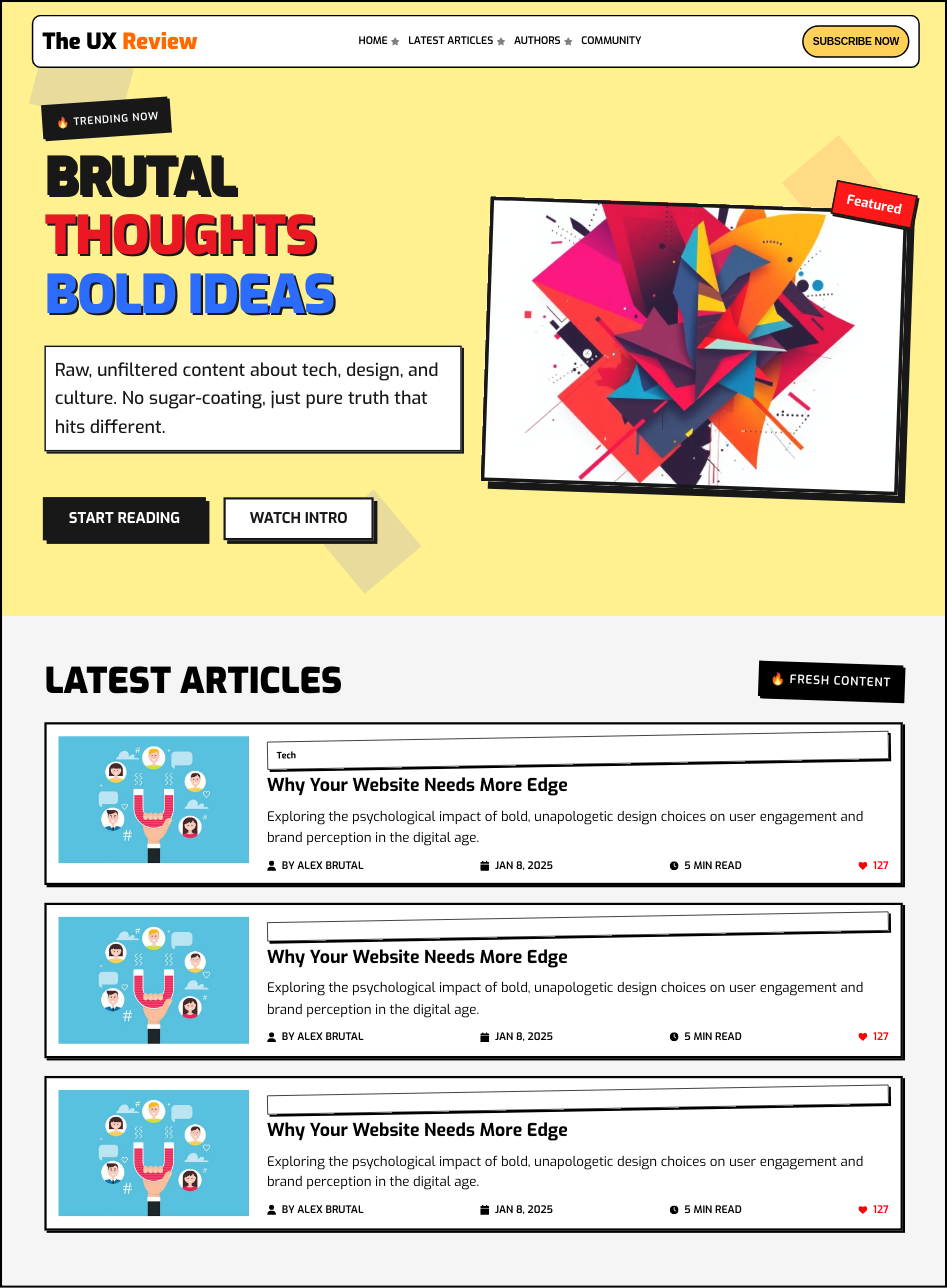
Repository: abdobadawi-ops/Route-Academy-Assignments
Page: Fourth Assignment - the-ux-review-blog/test.html
An editor plug-in stored every save of this project. The page is shown before and after the next save, followed by the edit.
The browser window is 1280 px wide. The pictures show the whole page, at 74% of full size.

Above is the page before, as saved 2026-05-13 02:04:29.

After the next save:
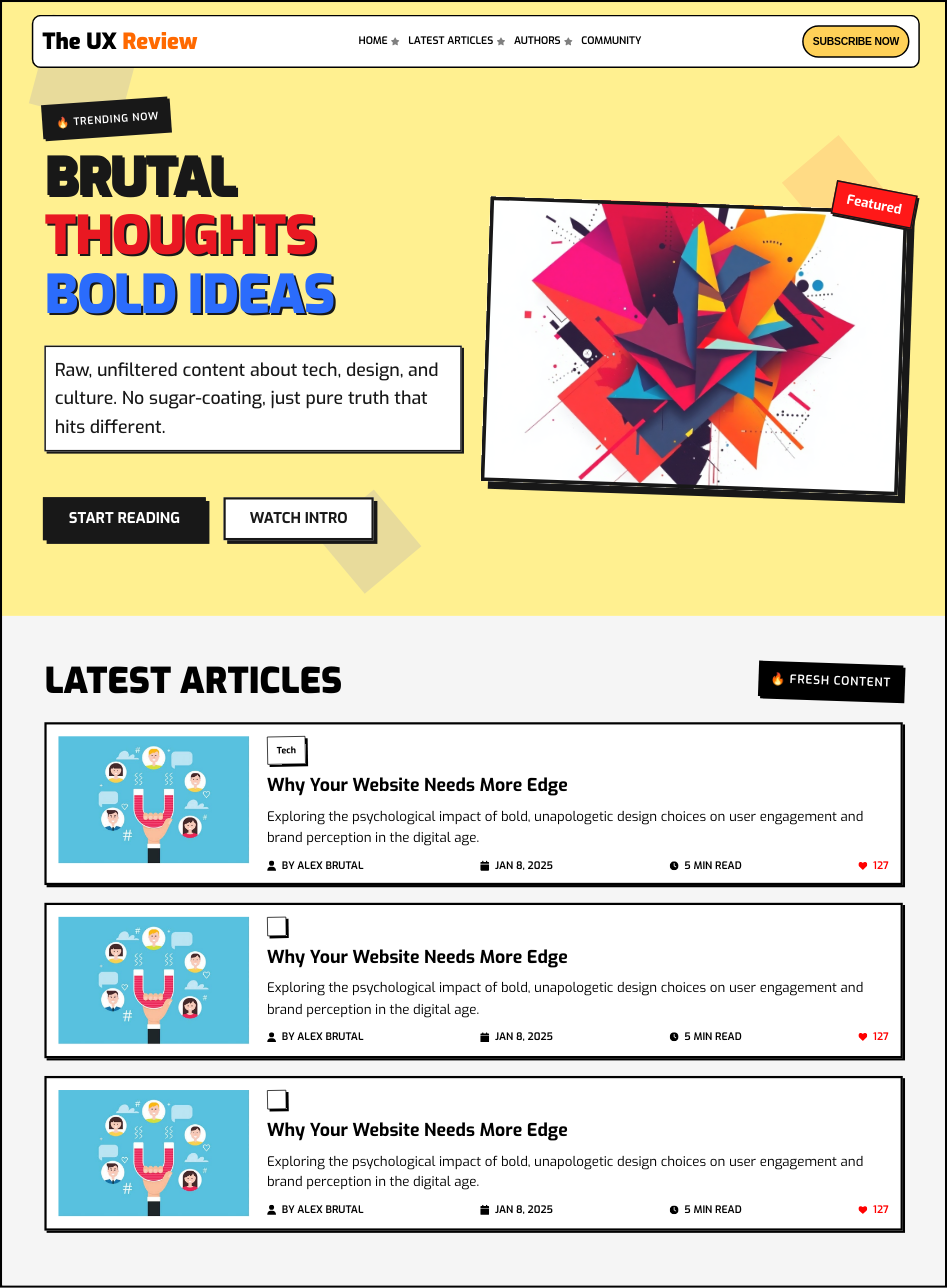
Saved 19 s later.
--- a/Fourth Assignment - the-ux-review-blog/test.css
+++ b/Fourth Assignment - the-ux-review-blog/test.css
@@ -358,6 +358,7 @@ img {
   border: 1px solid #000;
   box-shadow: 3px 3px #000;
   transform: rotate(-1deg);
+  align-self: flex-start;
 }
 
 .articles__main-title {
